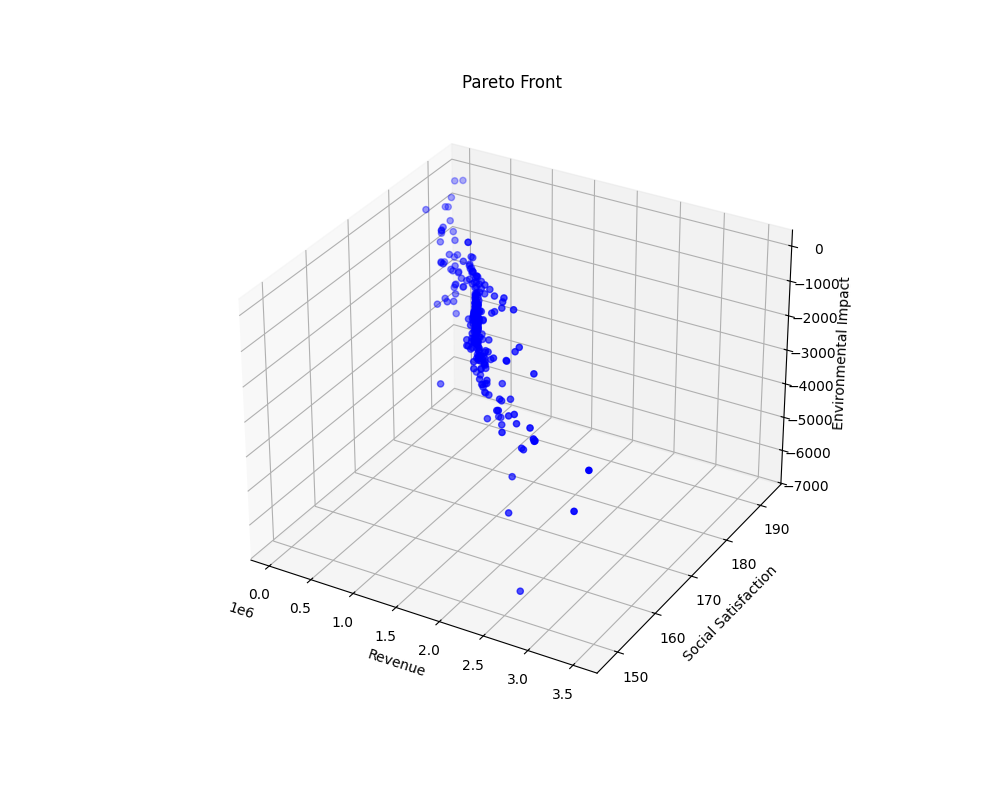
Repository: Kevinye0116/MCM
Script's output: python Coding/trial2.py
These files come from the project's save history. The script's output is drawn as it stood at one moment and after the next save; the edit follows.
Random numbers start from a fixed seed.

Above is the script's output before, as saved 2025-01-25 11:01:55.

After the next save:
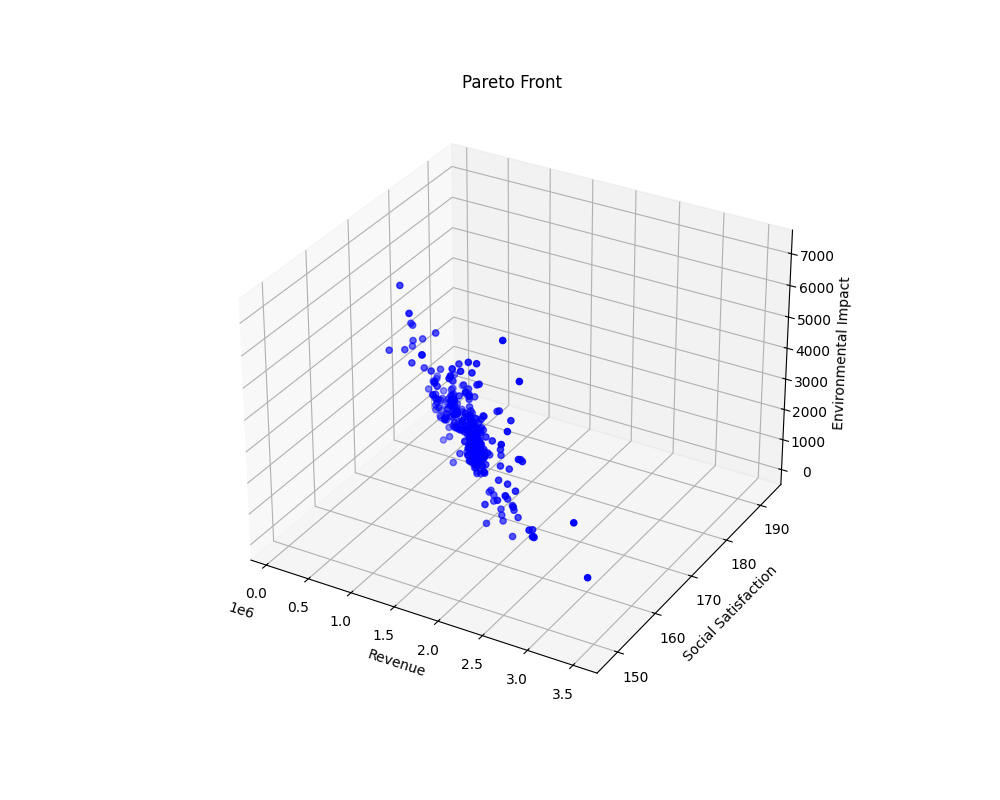
Saved 119 s later.
--- a/Coding/trial2.py
+++ b/Coding/trial2.py
@@ -49,10 +49,12 @@ class TourismOptimization:
         return S_residents + S_tourists
 
     def calculate_environmental_impact(self, x: np.ndarray) -> float:
-        """Calculate environmental impact (objective 3)"""
-        Nt, tau_t, Pt = x
+        """Calculate environmental quality index (objective 3)"""
+        Nt, tau_t, Pt = x
+        # Environmental quality index E increases with environmental protection investment
+        # and decreases with tourist numbers (CO2 emissions)
         E = self.k1 * self.k6 * tau_t * Nt - self.k2 * self.CO2p * Nt + self.k3 * 100
-        return -E  # Negative because we want to minimize environmental impact
+        return E  # Higher E means better environmental quality
 
     def constraints(self, x: np.ndarray) -> List[float]:
         """Define all constraints"""
